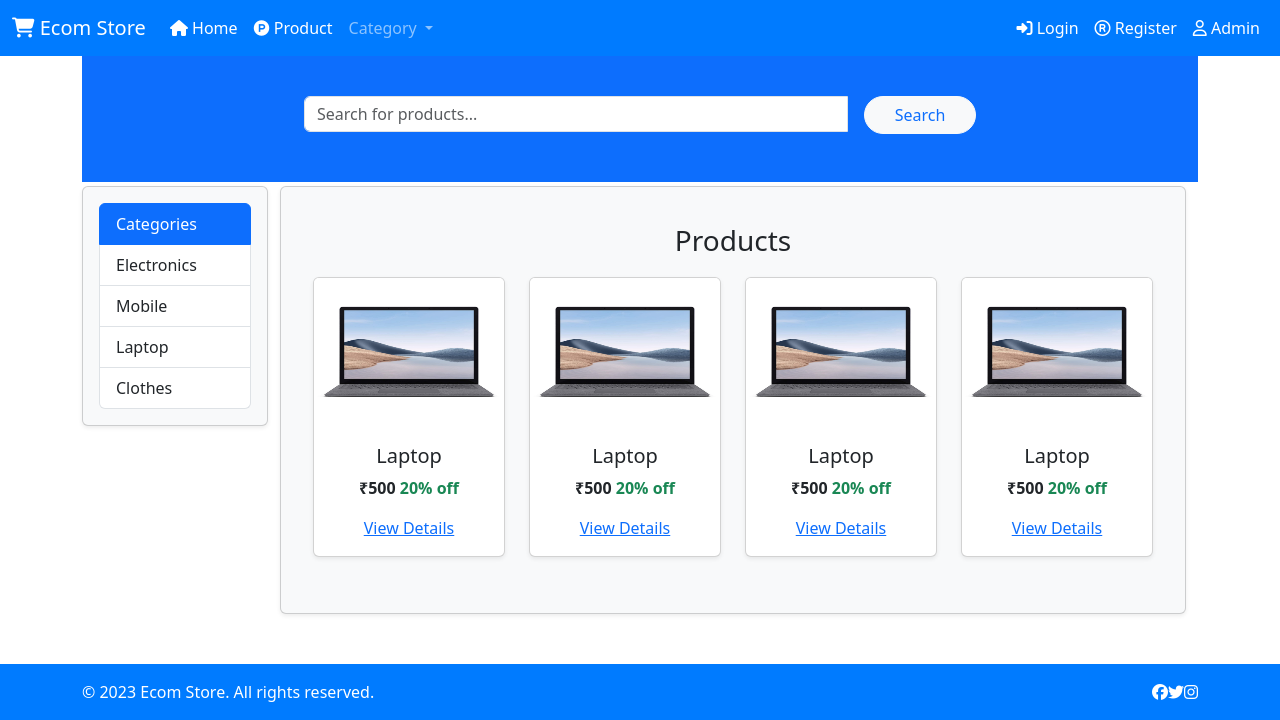
Repository: Deva-bot/EcomProject
Page: http://localhost/product
These files come from the project's save history. The page is drawn as it stood at one moment and after the next save; the edit follows.
The browser window is 1280 px wide. The pictures show the whole page.
The page is this project's Thymeleaf template; nobody is signed in. The template is opened directly, without the code that normally fills it, so the values that code supplies are empty.

Above is the page before, as saved 2024-07-13 03:08:08.

### Shopping_Cart/src/main/resources/templates/product.html
<!DOCTYPE html>
<html lang="en" xmlns:th="http://www.thymeleaf.org" th:replace="base::layout(~{::section})">

<head>
	<meta charset="utf-8">
	<title>Product Details</title>
</head>

<body>
	<section th:fragment="content">
		<div class="container-fluid bg-primary p-5 mt-4">
			<div class="row">
				<div class="col-md-8 offset-md-2">
					<form>
						<div class="input-group">
							<input type="text" class="form-control h-50" name="search"
								placeholder="Search for products..."> <button
								class="btn btn-light text-primary ms-3 col-md-2 h-50 rounded-pill">Search</button>
						</div>
					</form>
				</div>
			</div>
		</div>
		<div class="container-fluid mt-1">
			<div class="row">
				<div class="col-md-2 p-0">
					<div class="card shadow-sm p-0 mb-5 bg-body-tertiary rounded">
						<div class="card-body">
							<div class="list-group">
								<a href="#" class="list-group-item list-group-item-action active"
									aria-current="true">Categories</a> <a href="#"
									class="list-group-item list-group-item-action">Electronics</a> <a href="#"
									class="list-group-item list-group-item-action">Mobile</a> <a href="#"
									class="list-group-item list-group-item-action">Laptop</a> <a href="#"
									class="list-group-item list-group-item-action">Clothes</a>
							</div>
						</div>
					</div>
				</div>
				<div class="col-md-10">
					<div class="card shadow-sm p-3 mb-5 bg-body-tertiary rounded">
						<div class="card-body">
							<p class="fs-3 text-center">Products</p>
							<div class="row">
								<div class="col-md-3 mb-4">
									<div class="card shadow-sm">
										<img src="img/product_img/laptop.jpg" class="card-img-top" alt="Laptop"
											height="150px">
										<div class="card-body">
											<h5 class="card-title text-center">Laptop</h5>
											<div class="row text-center">
												<p class="fs-6 fw-bold">₹500 <span class="fs-6 text-success">20%
														off</span></p><a href="/viewproduct"
													>View Details</a>
											</div>
										</div>
									</div>
								</div>
								<div class="col-md-3 mb-4">
									<div class="card shadow-sm">
										<img src="img/product_img/laptop.jpg" class="card-img-top" alt="Laptop"
											height="150px">
										<div class="card-body">
											<h5 class="card-title text-center">Laptop</h5>
											<div class="row text-center">
												<p class="fs-6 fw-bold">₹500 <span class="fs-6 text-success">20%
														off</span></p><a href="/viewproduct"
													>View Details</a>
											</div>
										</div>
									</div>
								</div>
								<div class="col-md-3 mb-4">
									<div class="card shadow-sm">
										<img src="img/product_img/laptop.jpg" class="card-img-top" alt="Laptop"
											height="150px">
										<div class="card-body">
											<h5 class="card-title text-center">Laptop</h5>
											<div class="row text-center">
												<p class="fs-6 fw-bold">₹500 <span class="fs-6 text-success">20%
														off</span></p><a href="/viewproduct"
													>View Details</a>
											</div>
										</div>
									</div>
								</div>
								<div class="col-md-3 mb-4">
									<div class="card shadow-sm">
										<img src="img/product_img/laptop.jpg" class="card-img-top" alt="Laptop"
											height="150px">
										<div class="card-body">
											<h5 class="card-title text-center">Laptop</h5>
											<div class="row text-center">
												<p class="fs-6 fw-bold">₹500 <span class="fs-6 text-success">20%
														off</span></p>
												<a href="/viewproduct">View Details</a>
											</div>
										</div>
									</div>
								</div>
							</div>
						</div>
					</div>
				</div>
			</div>
		</div>
	</section>
</body>

</html>

### Shopping_Cart/src/main/resources/templates/base.html
<!DOCTYPE html>
<html lang="en" xmlns:th="http://www.thymeleaf.org" th:fragment="layout(content)">

<head>
	<meta charset="ISO-8859-1">
	<title>Ecom Store</title>
	<!-- Bootstrap link-->
	<link href="https://cdn.jsdelivr.net/npm/bootstrap@5.3.3/dist/css/bootstrap.min.css" rel="stylesheet"
		integrity="sha384-QWTKZyjpPEjISv5WaRU9OFeRpok6YctnYmDr5pNlyT2bRjXh0JMhjY6hW+ALEwIH" crossorigin="anonymous">

	<!-- Font Awesome link-->
	<link rel="stylesheet" href="https://cdnjs.cloudflare.com/ajax/libs/font-awesome/6.5.2/css/all.min.css"
		integrity="sha512-SnH5WK+bZxgPHs44uWIX+LLJAJ9/2PkPKZ5QiAj6Ta86w+fsb2TkcmfRyVX3pBnMFcV7oQPJkl9QevSCWr3W6A=="
		crossorigin="anonymous" referrerpolicy="no-referrer" />

	<style>
		.bg-ecom {
			background-color: #007bff !important;
		}
	</style>
</head>

<body>
	<!-- Navbar start-->
	<nav class="navbar navbar-expand-lg bg-ecom fixed-top navbar-dark">
		<div class="container-fluid">
			<a class="navbar-brand" href="/"><i class="fa-solid fa-cart-shopping"></i> Ecom Store</a>
			<button class="navbar-toggler" type="button" data-bs-toggle="collapse"
				data-bs-target="#navbarSupportedContent" aria-controls="navbarSupportedContent" aria-expanded="false"
				aria-label="Toggle navigation">
				<span class="navbar-toggler-icon"></span>
			</button>
			<div class="collapse navbar-collapse" id="navbarSupportedContent">
				<ul class="navbar-nav me-auto mb-2 mb-lg-0">
					<li class="nav-item">
						<a class="nav-link active" aria-current="page" href="/"><i class="fa-solid fa-house"></i>
							Home</a>
					</li>
					<li class="nav-item">
						<a class="nav-link active" aria-current="page" href="/products"><i
								class="fa-brands fa-product-hunt"></i> Product</a>
					</li>
					<li class="nav-item dropdown">
						<a class="nav-link dropdown-toggle" href="#" role="button" data-bs-toggle="dropdown"
							aria-expanded="false">
							Category
						</a>
					</li>
				</ul>
				<ul class="navbar-nav ms-auto mb-2 mb-lg-0">
					<li class="nav-item">
						<a class="nav-link active" aria-current="page" href="/login"><i
								class="fa-solid fa-right-to-bracket"></i> Login</a>
					</li>
					<li class="nav-item">
						<a class="nav-link active" aria-current="page" href="/register"><i
								class="fa-regular fa-registered"></i>
							Register</a>
					</li>
					<li class="nav-item">
						<a class="nav-link active" aria-current="page" href="#"><i class="fa-regular fa-user"></i>
							Admin</a>
					</li>
				</ul>
			</div>
		</div>
	</nav>
	<!-- Navbar end-->

	<div class="container mt-5 mb-5">
		<div th:replace="~{::content}"></div>
	</div>

	<!--Start Footer-->
	<footer class="container-fluid bg-ecom text-white py-3 fixed-bottom">
		<div class="container d-flex justify-content-between align-items-center">
			<p class="mb-0">&copy; 2023 Ecom Store. All rights reserved.</p>
			<ul class="list-unstyled d-flex mb-0">
				<li><a href="#" class="text-white mr-3"><i class="fab fa-facebook"></i></a></li>
				<li><a href="#" class="text-white mr-3"><i class="fab fa-twitter"></i></a></li>
				<li><a href="#" class="text-white mr-3"><i class="fab fa-instagram"></i></a></li>
			</ul>
		</div>
	</footer>
	<!--End Footer-->

	<script src="https://cdn.jsdelivr.net/npm/bootstrap@5.3.3/dist/js/bootstrap.bundle.min.js"
		integrity="sha384-YvpcrYf0tY3lHB60NNkmXc5s9fDVZLESaAA55NDzOxhy9GkcIdslK1eN7N6jIeHz" crossorigin="anonymous">
		</script>
</body>

</html>

After the next save:
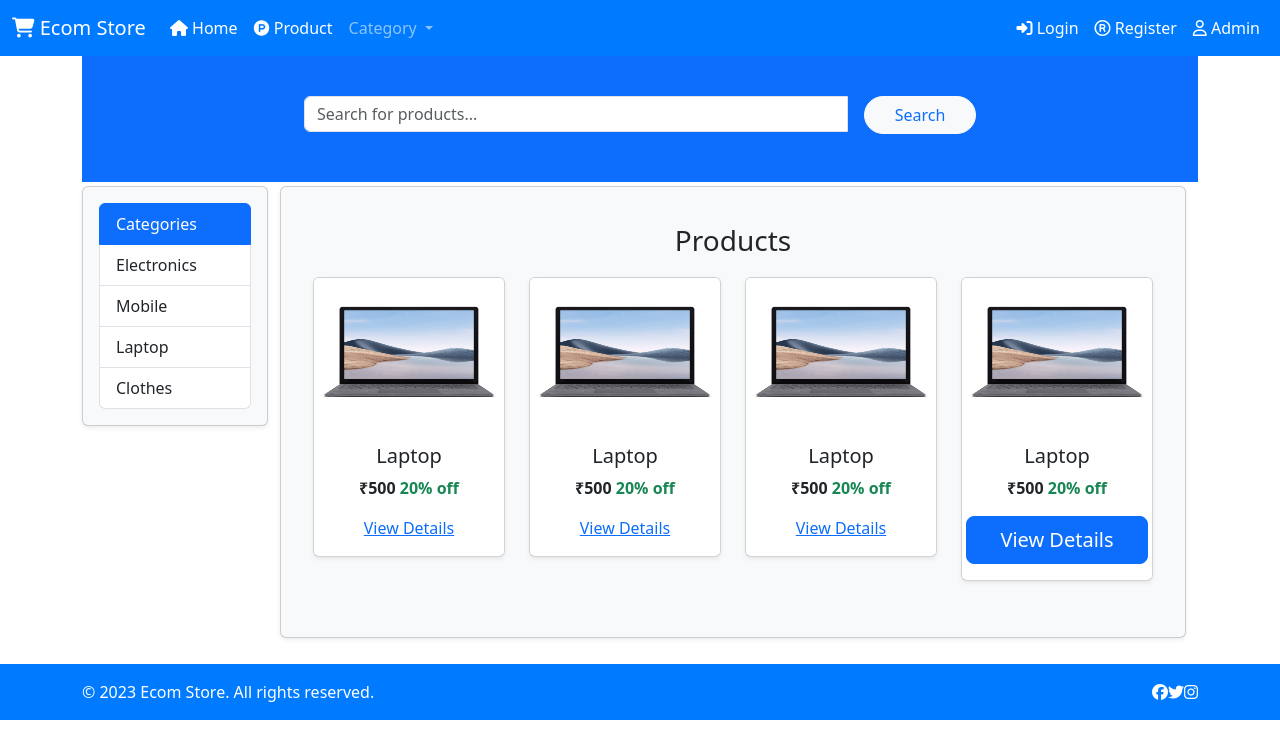
Saved 2 min 47 s later.
--- a/Shopping_Cart/src/main/resources/templates/product.html
+++ b/Shopping_Cart/src/main/resources/templates/product.html
@@ -93,7 +93,7 @@
 											<div class="row text-center">
 												<p class="fs-6 fw-bold">₹500 <span class="fs-6 text-success">20%
 														off</span></p>
-												<a href="/viewproduct">View Details</a>
+												<a href="/viewProduct" class="btn btn-primary btn-lg">View Details</a>
 											</div>
 										</div>
 									</div>
